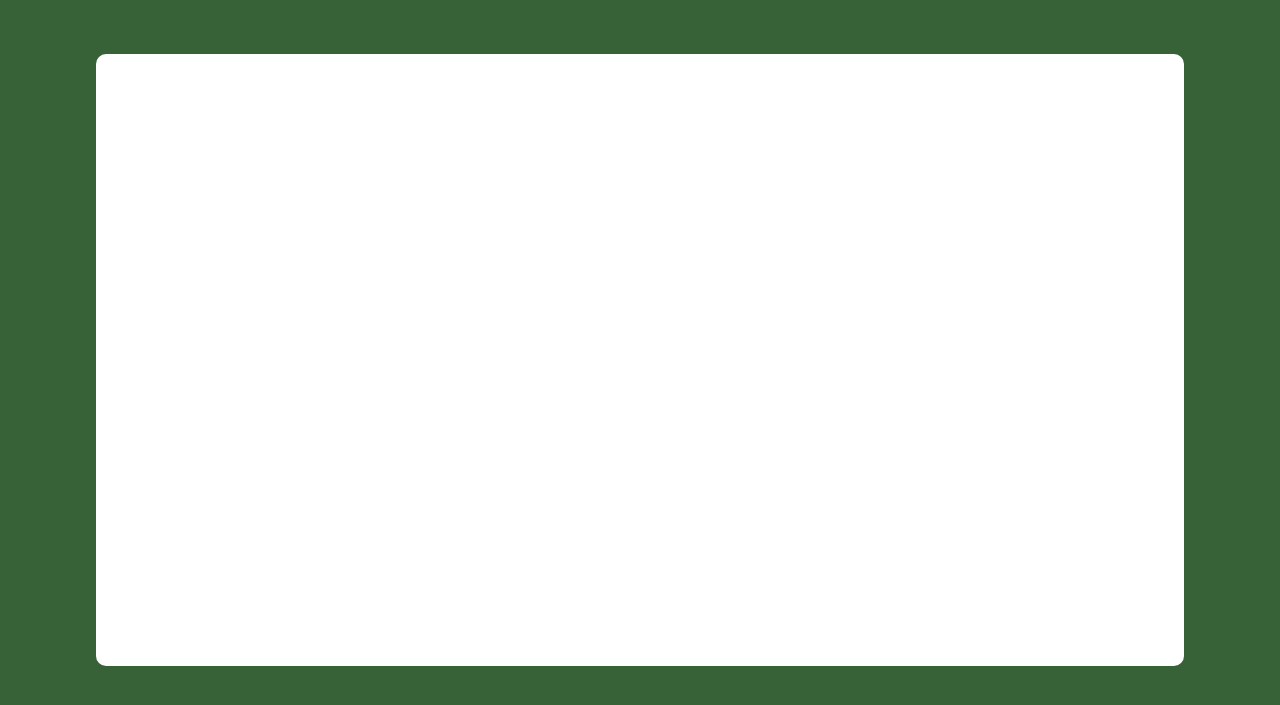
Repository: ketansharma22/BubbleGame
Page: index.html
These files come from the project's save history. The page is drawn as it stood at one moment and after the next save; the edit follows.
The browser window is 1280 px wide. The pictures show the whole page.

Above is the page before, as saved 2024-02-18 22:47:20.

After the next save:
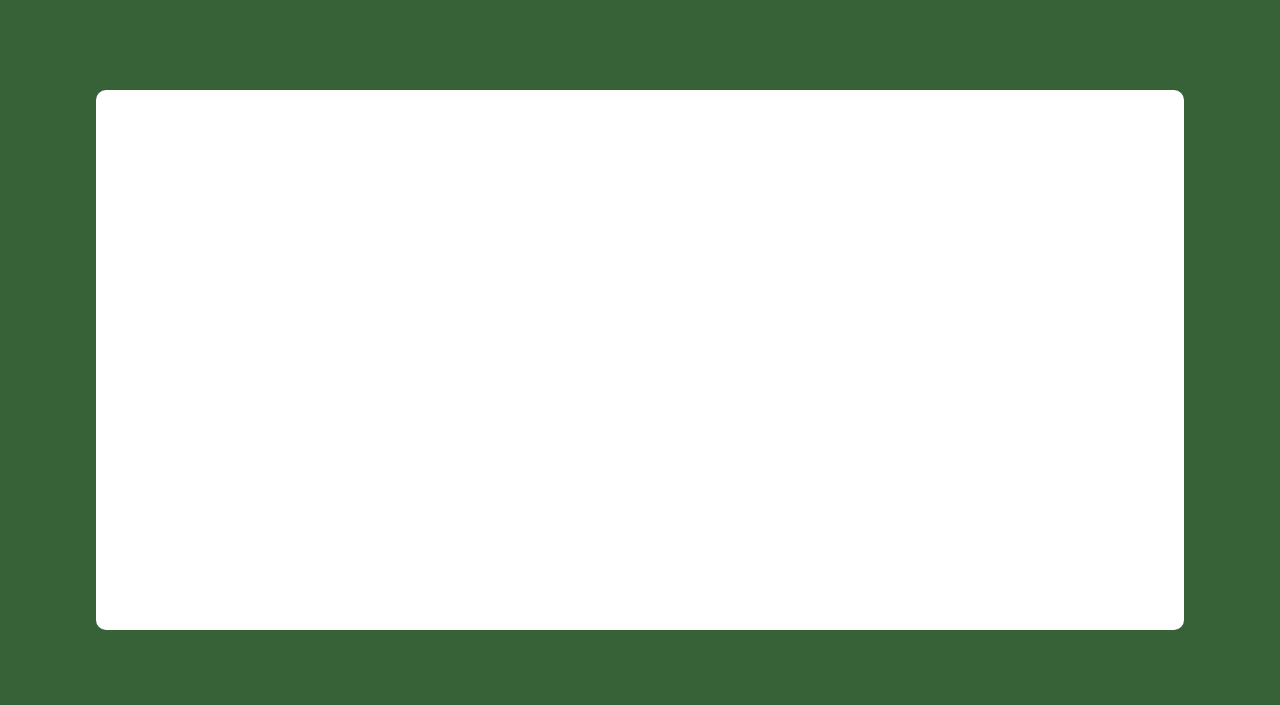
Saved 7 s later.
--- a/styles.css
+++ b/styles.css
@@ -17,7 +17,7 @@
 }
 .show{
     width: 85%;
-    height: 85%;
+    height: 75%;
     background-color: #fff;
     border-radius: 10px;
 }
